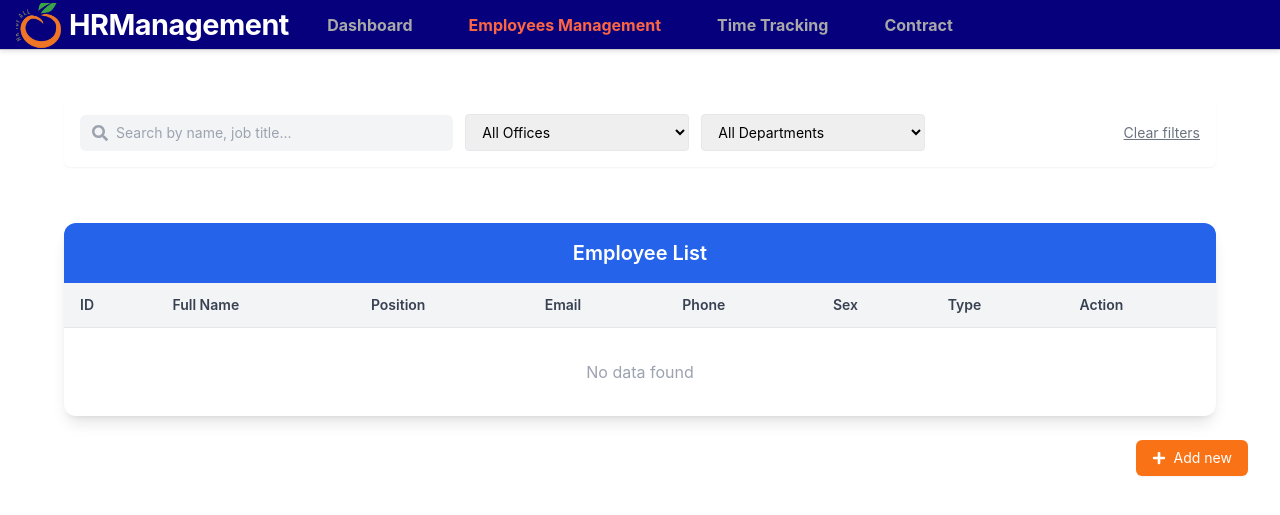
Repository: justJackiee/DA-251
Page: /employeemanagement (app in my-react-app/)
These files come from the project's save history. The page is drawn as it stood at one moment and after the next save; the edit follows.
The browser window is 1280 px wide. The pictures show the whole page.
The page's requests for data from a server got no answer. The project was rebuilt for these pictures with package versions that can differ from the ones it lists, and the page was loaded fresh each time. No one was signed in, and anything a server would have sent is missing. Also part of the build but not shown: my-react-app/src/App.css, my-react-app/src/components/pagination.js, my-react-app/src/pages/dashboard.js, my-react-app/src/components/button.js.

Above is the page before, as saved 2025-12-03 15:44:12.

After the next save:
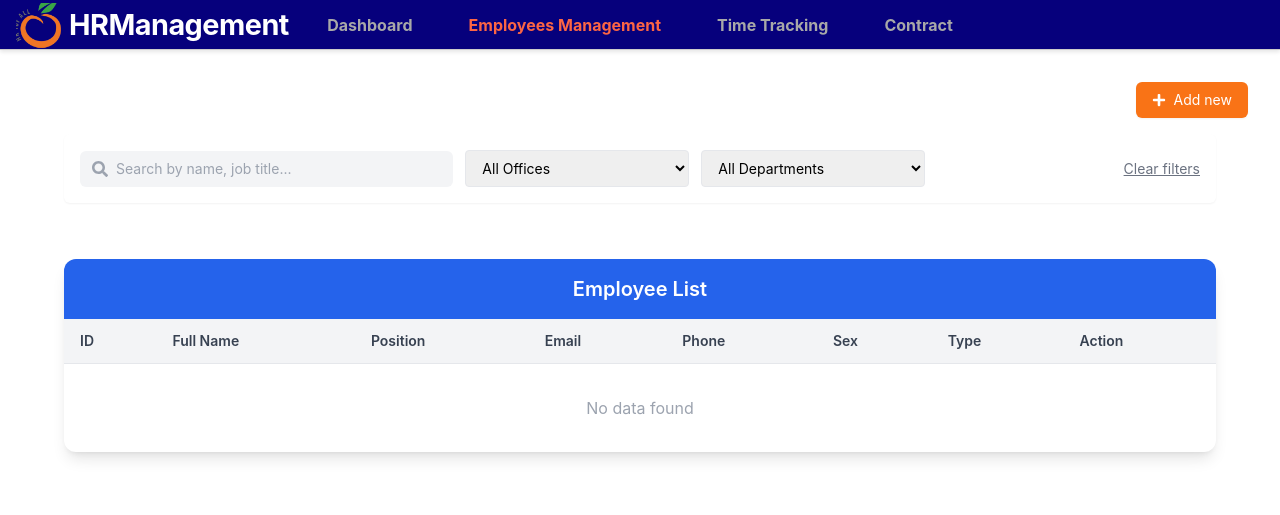
Saved 17 s later.
--- a/my-react-app/src/pages/employeemanagement.js
+++ b/my-react-app/src/pages/employeemanagement.js
@@ -83,11 +83,6 @@ function EmployeeManagement() {
   return (
     <div>
       {/* <HeaderTabs active={activeTab} onTabChange={setActiveTab} /> */}
-
-      <FiltersBar search={search} onSearch={setSearch} filters={filters} onFilterChange={onFilterChange} onClear={onClear} />
-      <div className="max-w-7xl mx-auto px-4 sm:px-6 lg:px-8 py-6">
-        <CEmployeeTable data={filteredData} search={search} filters={filters} />
-      </div>
       <div className="flex justify-end">
         <button
           className="inline-flex items-center gap-2 px-4 py-2 bg-orange-500 hover:bg-orange-600 text-white rounded-md shadow-sm text-sm"
@@ -97,6 +92,10 @@ function EmployeeManagement() {
                 <span className="hidden sm:inline">Add new</span>
         </button>
       </div>
+      <FiltersBar search={search} onSearch={setSearch} filters={filters} onFilterChange={onFilterChange} onClear={onClear} />
+      <div className="max-w-7xl mx-auto px-4 sm:px-6 lg:px-8 py-6">
+        <CEmployeeTable data={filteredData} search={search} filters={filters} />
+      </div>
     </div>
   );
 }
